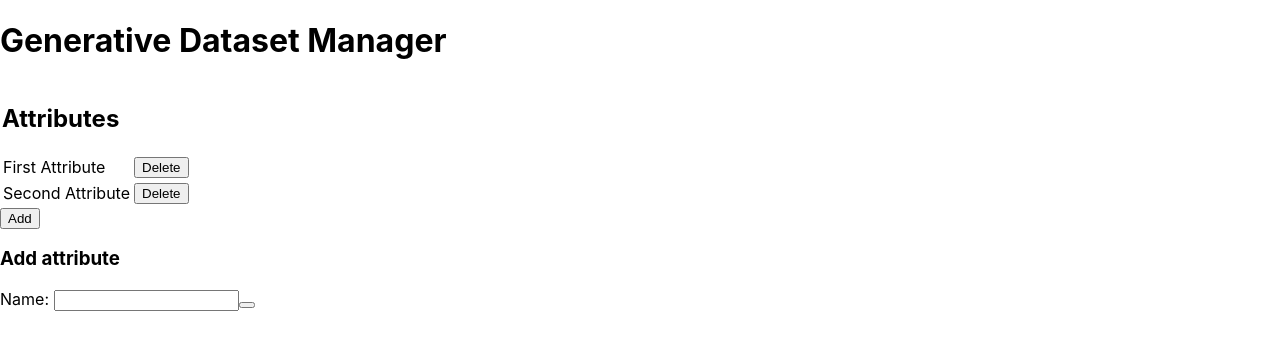
Repository: DaiWelsh/generatrive-ui
Page: /, after clicking the first element matching `div > button`
An editor plug-in stored every save of this project. The page is shown before and after a run of saves, followed by the edit.
The browser window is 1280 px wide. The pictures show the whole page.
The project was rebuilt for these pictures with package versions that can differ from the ones it lists, and the page was loaded fresh each time. Also part of the build but not shown: src/App.css.

Above is the page before, as saved 2021-10-10 12:56:05.

### src/App.js
import './App.css';
import Dataset from './components/Dataset';
import DatasetState from './context/dataset/DatasetState';

function App() {
  console.log('*** App Render ***');

  return (
    <div>
      <h1>Generative Dataset Manager</h1>
      <DatasetState>
        <Dataset />
      </DatasetState>
    </div>
  );
}

export default App;

### src/components/Dataset.js
import React, { useContext, Fragment, useState } from 'react'
import DatasetContext from '../context/dataset/datasetContext'

export default function Dataset() {
  console.log('*** Dataset Render ***');

  const [adding, setAdding] = useState(false);
  const [newName, setNewName] = useState('');
  const datasetContext = useContext(DatasetContext);
  const attributes = datasetContext.attributes;

  console.log('attributes', attributes);

  const deleteAttribute = (id) => {
    console.log(`delete attribute ${id}`);
  };

  const addAttribute = () => {
    console.log(`add attribute`);
    setAdding(true);
  };

  const addNewAttribute = () => {
    console.log(`add new attribute`, newName);
    setNewName('');
    setAdding(false);
  };

  return (
    <Fragment>
      <table>
        <h2>Attributes</h2>
        {attributes.map((attr) => (
          <tr key={attr.id}>
            <td>{attr.name}</td>
            <td>
              <button onClick={() => deleteAttribute(attr.id)}>
                Delete
              </button>
            </td>
          </tr>
        ))}
      </table>
      <button onClick={() => addAttribute()}>
        Add
      </button>
      {adding &&
        <form>
          <h3>Add attribute</h3>
          Name: <input type="text" name="name" value={newName} onChange={(e) => setNewName(e.target.value)}/>
          <button onClick={addNewAttribute}/>
        </form>
      }
    </Fragment>
  );
}

### src/context/dataset/DatasetState.js
import React, { useReducer } from 'react';
import datasetContext from './datasetContext';
import datasetReducer from './datasetReducer';
import initialState from './initialState';
import { ADD_ATTRIBUTE, REMOVE_ATTRIBUTE } from '../types';

const DatasetState = props => {
  console.log('*** DatasetState Render ***');

  const [state, dispatch] = useReducer(datasetReducer, initialState);

  const addAttribute = (payload) => dispatch({ type: ADD_ATTRIBUTE, payload });
  const removeAttribute = (payload) => dispatch({ type: REMOVE_ATTRIBUTE, payload });

  const getAttributes = () => state.attributes;
  const getName = () => state.name;

  return <datasetContext.Provider value={{
    name: state.name,
    attributes: state.attributes,
    getName,
    getAttributes,
    addAttribute,
    removeAttribute,
  }}>
    {props.children}
  </datasetContext.Provider>
}

export default DatasetState;

### src/context/dataset/datasetContext.js
import { createContext } from 'react';

const datasetContext = createContext();

export default datasetContext;

### src/context/dataset/datasetReducer.js
import { ADD_ATTRIBUTE, REMOVE_ATTRIBUTE } from '../types';

const reducer = (state, action) => {
  console.log('datasetReducer', state, action);
  switch (action.type) {
    default:
      return state;
  }
}

export default reducer;

### src/context/dataset/initialState.js
const initialState = {
  name: 'test dataset',
  attributes: [
    {
      id: 'hashvalueattr1',
      name: 'First Attribute',
      values: [
        {
          id: 'hashvalue1',
          name: 'First attr value a',
          category: false,
          fileName: 'first/a.jpg',
          probability: 0.7,
        },
        {
          id: 'hashvalue2',
          name: 'First attr value b',
          category: false,
          fileName: 'first/b.jpg',
          probability: 0.3,
        },
      ],
    },
    {
      id: 'hashvalueattr2',
      name: 'Second Attribute',
      values: [
        {
          id: 'hashvalue3',
          name: 'Second attr value 1',
          category: false,
          fileName: 'second/1.jpg',
          probability: 0.1,
        },
        {
          id: 'hashvalue4',
          name: 'Second attr category 1',
          category: true,
          fileName: null,
          probability: 0.9,
          values: [
            {
              id: 'hashvalue5',
              name: 'Second attr cat 1 value 1',
              category: false,
              fileName: 'second/1/1.jpg',
              probability: 0.6,
            },
            {
              id: 'hashvalue6',
              name: 'Second attr cat 1 value 2',
              category: false,
              fileName: 'second/1/2.jpg',
              probability: 0.4,
            },
          ]
        },
      ],
    },
  ],
};

export default initialState;

### src/context/types.js
// dataset state
export const ADD_ATTRIBUTE = 'ADD_ATTRIBUTE';
export const REMOVE_ATTRIBUTE = 'REMOVE_ATTRIBUTE';

Loaded but not shown: public/index.html (common file); src/index.js (common file); src/index.css (common file); src/reportWebVitals.js (common file)

After the next 5 saves:
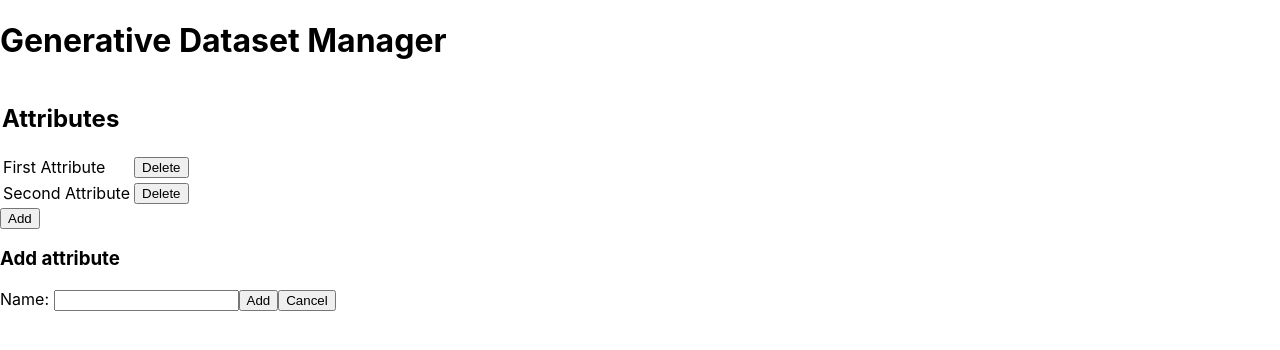
The 5 saves are shown as one change because they came seconds apart.
The last was saved 16 s later.
--- a/src/components/Dataset.js
+++ b/src/components/Dataset.js
@@ -48,7 +48,8 @@ export default function Dataset() {
         <form>
           <h3>Add attribute</h3>
           Name: <input type="text" name="name" value={newName} onChange={(e) => setNewName(e.target.value)}/>
-          <button onClick={addNewAttribute}/>
+          <button onClick={addNewAttribute}>Add</button>
+          <button onClick={addNewAttribute}>Cancel</button>
         </form>
       }
     </Fragment>
